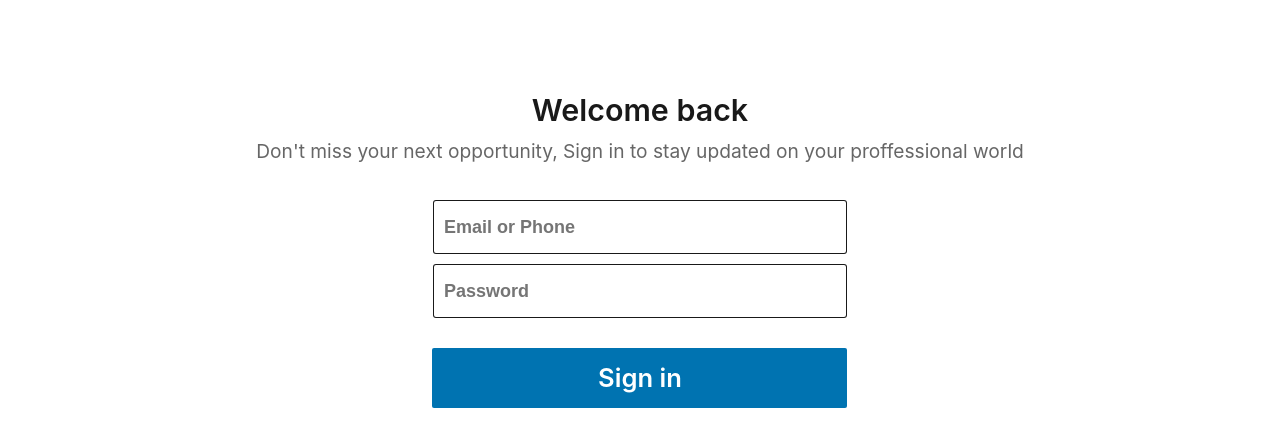
Repository: shehriyarnadeem/globalprototypeclient
Page: /
These files come from the project's save history. The page is drawn as it stood at one moment and after the next save; the edit follows.
The browser window is 1280 px wide. The pictures show the whole page.
The project was rebuilt for these pictures with package versions that can differ from the ones it lists, and the page was loaded fresh each time. Also part of the build but not shown: src/App.css.

Above is the page before, as saved 2020-08-30 17:44:26.

### src/App.js
import React from "react";
import Login from "./screens/Login/Login";
import "./App.css";

function App() {
  return (
    <div className="App">
      <Login />
    </div>
  );
}

export default App;

### src/screens/Login/Login.js
import React, { useState } from "react";
import Card from "@material-ui/core/Card";
import CardContent from "@material-ui/core/CardContent";
import Button from "@material-ui/core/Button";
import Typography from "@material-ui/core/Typography";
import "./Login.css";
function Login() {
  const [email, setEmail] = useState("");
  const [password, setPassword] = useState("");

  const handleSubmit = () => {
    console.log("sd");
  };
  return (
    <div className="login">
      <div className="login__container">
        {/* <img src={logo} alt="" /> */}
        <h1> Welcome back</h1>
        <p>
          Don't miss your next opportunity, Sign in to stay updated on your
          proffessional world
        </p>

        <form>
          <div className="login__container_input">
            <input
              value={email}
              placeholder="Email or Phone"
              type="text"
              onChange={(e) => setEmail(e.target.value)}
            />
            <input
              placeholder="Password"
              type="password"
              onChange={(e) => setPassword(e.target.value)}
            />
            <button className="login__container_sigin">Sign in</button>
          </div>
        </form>
      </div>
    </div>
  );
}

export default Login;

### src/screens/Login/Login.css
.login {
  height: 100vh;
  background-color: rgb(255, 255, 255);
  display: flex;
  justify-content: center;
  align-items: flex-start;
}

.login__container {
  text-align: center;
  margin-top: 90px;
  display: flex;
  flex-direction: column;
  justify-content: center;
}

.login__container > img {
  height: 100px;
  object-fit: contain;
}

.login__container > h1 {
  font-size: 1.9rem;
  line-height: 1.33333;
  font-weight: 600;
  color: rgba(0, 0, 0, 0.9);
  padding: 0 0 4px 0;
}

.login__container > p {
  font-size: 1.2rem;
  line-height: 1.75;
  font-weight: 400;

  color: rgba(0, 0, 0, 0.6);
  padding-bottom: 32px;
}

.login__container > input {
  width: 50px;
  margin-bottom: 30px;
}

.login__container_input {
  display: flex;
  flex-direction: column;
  align-self: center;
}

.login__container_input > input {
  width: 400px;
  height: 50px;
  margin-bottom: 10px;
  border-radius: 3px;
  border: 1px solid rgba(0, 0, 0, 0.9);
  font-size: 18px;
  align-self: center;
  font-weight: 550;
  font-family: sans-serif;
  padding-left: 10px;
}

.login__container_input > input:focus {
  transform: translateY(5.2);
  background-color: rgb(232, 240, 254);
  border: 2px solid rgb(1, 115, 177);
}

.login__container_sigin {
  background-color: #0073b1;
  border: 0;
  border-radius: 2px;
  -webkit-box-sizing: border-box;
  box-sizing: border-box;
  color: #fff;
  cursor: pointer;
  align-self: center;
  font-size: 1.6rem;
  font-weight: 600;
  width: 415px;
  margin-top: 20px;

  font-family: inherit;
  height: 60px;
  line-height: 40px;
}

Loaded but not shown: public/index.html (common file); src/index.js (common file); src/index.css (common file)

After the next save:
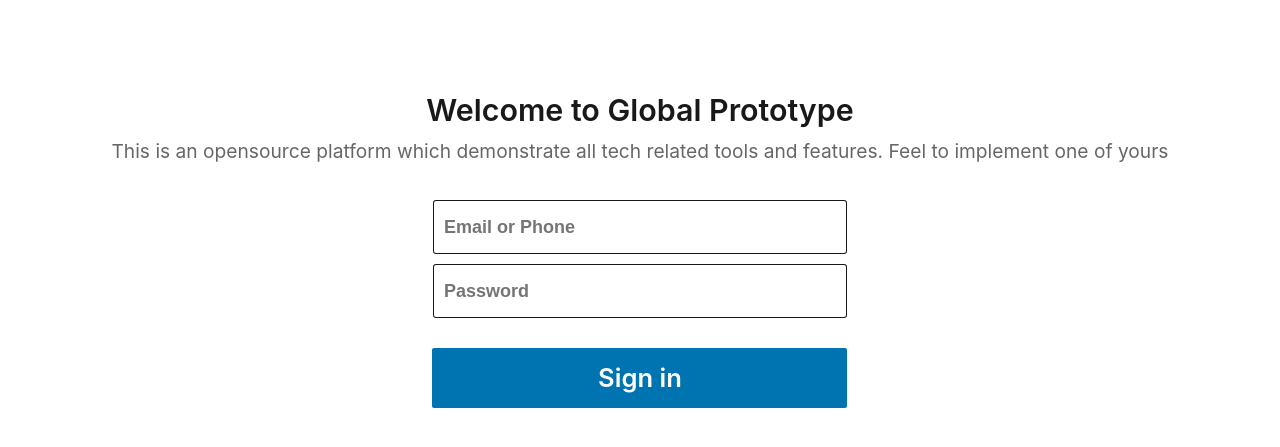
Saved 5 min 13 s later.
--- a/src/screens/Login/Login.js
+++ b/src/screens/Login/Login.js
@@ -15,10 +15,10 @@ function Login() {
     <div className="login">
       <div className="login__container">
         {/* <img src={logo} alt="" /> */}
-        <h1> Welcome back</h1>
+        <h1> Welcome to Global Prototype</h1>
         <p>
-          Don't miss your next opportunity, Sign in to stay updated on your
-          proffessional world
+          This is an opensource platform which demonstrate all tech related
+          tools and features. Feel to implement one of yours
         </p>
 
         <form>
